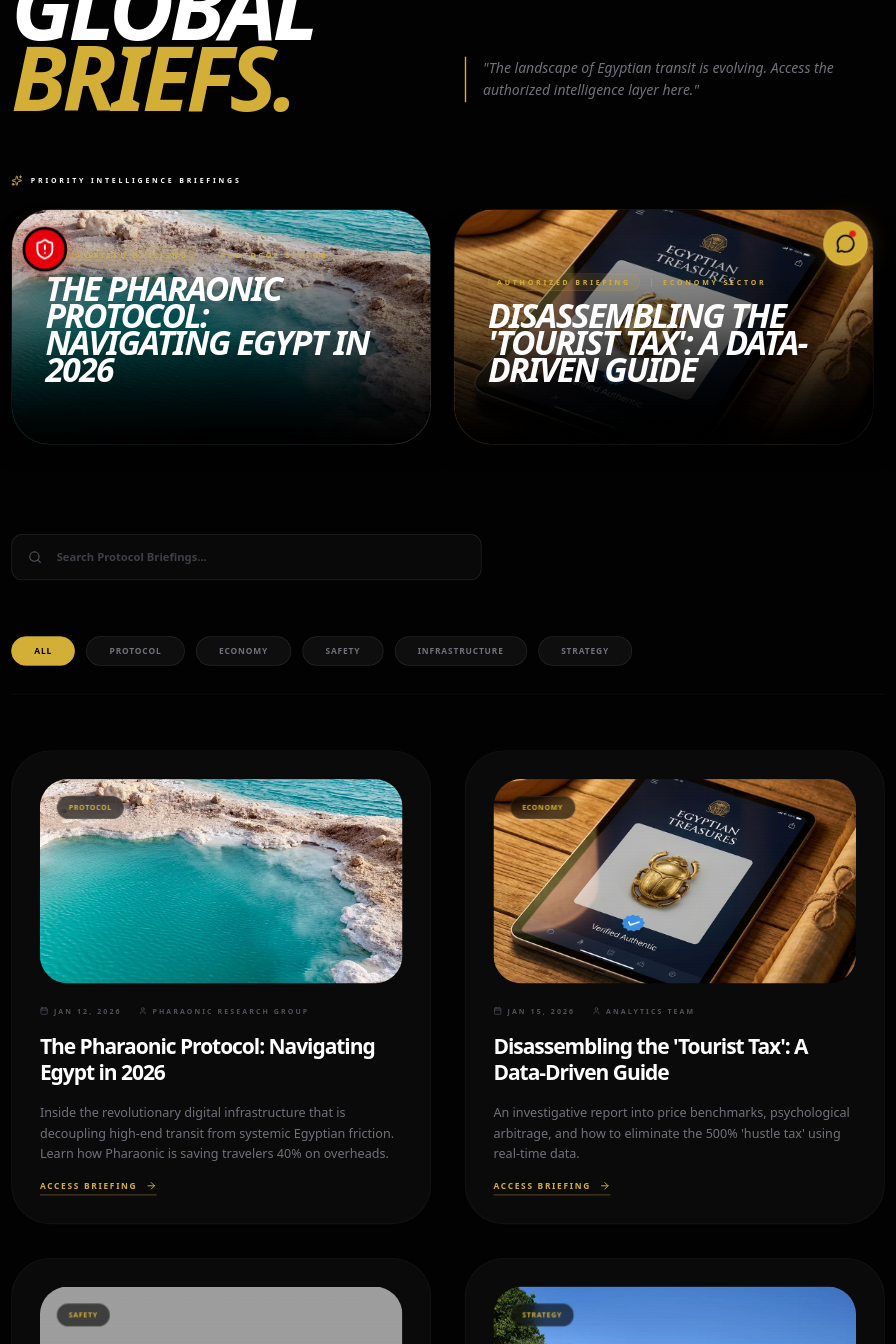
Repository: zyadmoataz/Pharaonic
Page: /blogs
These files come from the project's save history. The page is drawn as it stood at one moment and after the next save; the edit follows.
The browser window is 1280 px wide. The pictures show the part of the page from y = 300 to 2220 px (the page is 6178 px tall before and 6210 px after), at 70% of full size.
Pictures or frames that could not be fetched are drawn as grey boxes. The page's requests for data from a server got no answer. The project was rebuilt for these pictures with package versions that can differ from the ones it lists, and the page was loaded fresh each time. Some packages were replaced by stand-ins written for this rebuild. The framework's server and built-in components were replaced by stand-ins that run in the browser. No one was signed in, and anything a server would have sent is missing. Also part of the build but not shown: next.config.ts, src/data/blog-content.ts.

Above is the page before, as saved 2026-01-28 04:38:32.

After the next save:
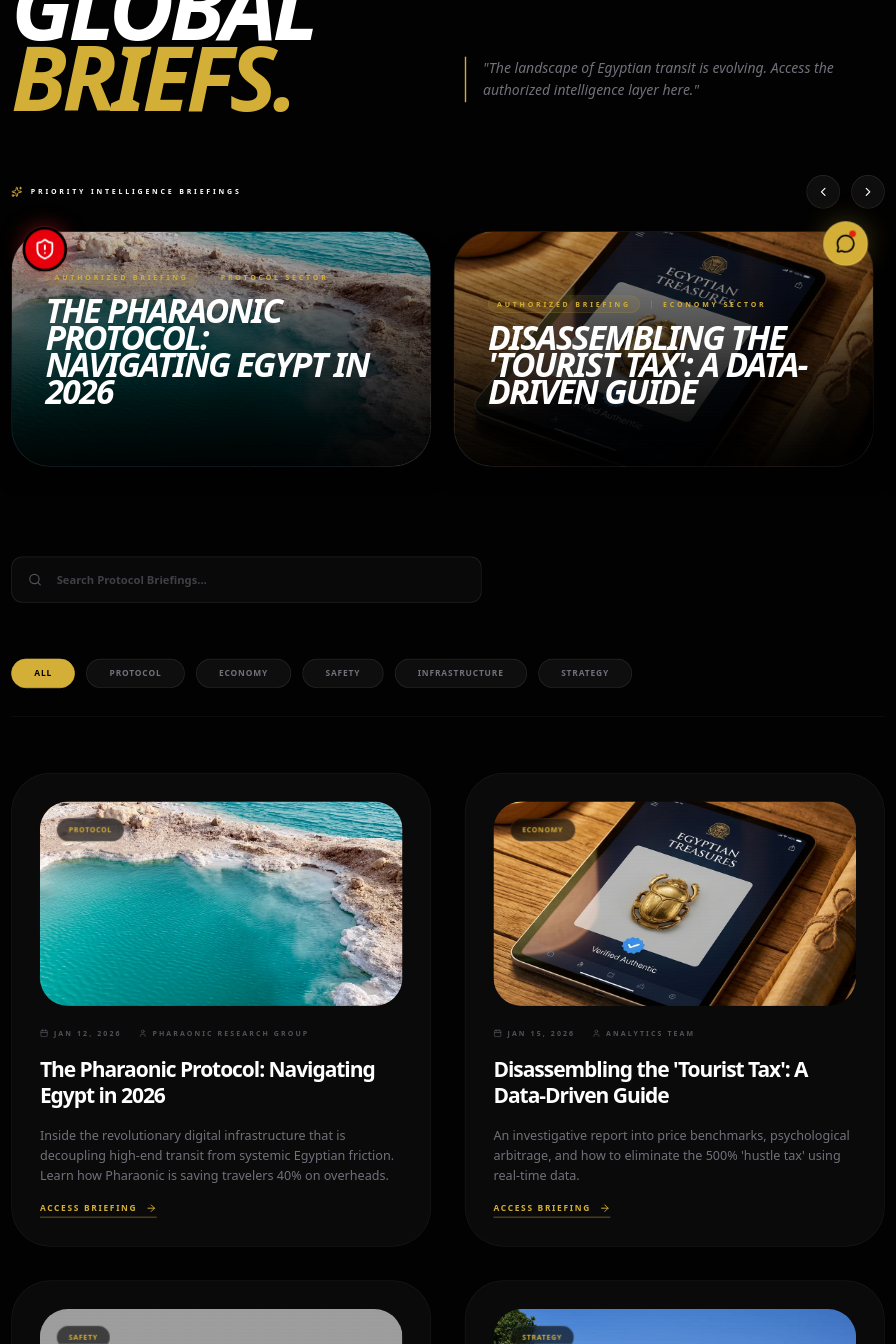
Saved 24 s later.
--- a/src/app/blogs/page.tsx
+++ b/src/app/blogs/page.tsx
@@ -1,9 +1,9 @@
 "use client";
 
-import React, { useState } from "react";
+import { useRef, useState } from "react";
 import Link from "next/link";
 import { motion } from "framer-motion";
-import { Search, Calendar, User, ChevronRight, ArrowRight, BookOpen, Sparkles } from "lucide-react";
+import { Search, Calendar, User, ChevronRight, ArrowRight, BookOpen, Sparkles, ChevronLeft } from "lucide-react";
 import { cn } from "@/lib/utils";
 import { SafeImage } from "@/components/SafeImage";
 import { blog_content } from "@/data/blog-content";
@@ -13,8 +13,17 @@
 const categories = ["All", "Protocol", "Economy", "Safety", "Infrastructure", "Strategy"];
 
 export default function BlogsPage() {
+    const scrollRef = useRef<HTMLDivElement>(null);
     const [selectedCategory, setSelectedCategory] = useState("All");
     const [searchQuery, setSearchQuery] = useState("");
+
+    const scroll = (direction: "left" | "right") => {
+        if (scrollRef.current) {
+            const { scrollLeft, clientWidth } = scrollRef.current;
+            const scrollTo = direction === "left" ? scrollLeft - clientWidth : scrollLeft + clientWidth;
+            scrollRef.current.scrollTo({ left: scrollTo, behavior: "smooth" });
+        }
+    };
 
     const filteredBlogs = blogs.filter(b =>
         (selectedCategory === "All" || b.category === selectedCategory) &&
@@ -49,11 +58,27 @@
                             <h4 className="flex items-center gap-3 text-white font-black uppercase tracking-[0.4em] text-[10px]">
                                 <Sparkles className="w-4 h-4 text-gold" /> Priority Intelligence Briefings
                             </h4>
+
+                            <div className="flex gap-4">
+                                <button
+                                    onClick={() => scroll("left")}
+                                    className="w-12 h-12 rounded-full bg-white/5 border border-white/10 flex items-center justify-center text-white hover:bg-gold hover:text-black transition-all"
+                                >
+                                    <ChevronLeft className="w-5 h-5" />
+                                </button>
+                                <button
+                                    onClick={() => scroll("right")}
+                                    className="w-12 h-12 rounded-full bg-white/5 border border-white/10 flex items-center justify-center text-white hover:bg-gold hover:text-black transition-all"
+                                >
+                                    <ChevronRight className="w-5 h-5" />
+                                </button>
+                            </div>
                         </div>
 
                         <div
                             id="blog-slider"
-                            className="flex gap-8 overflow-x-auto snap-x snap-mandatory scrollbar-hide pb-10 px-4 -mx-4 mask-fade-edges"
+                            ref={scrollRef}
+                            className="flex gap-8 overflow-x-auto snap-x snap-mandatory scrollbar-hide pb-10 px-4 -mx-4 mask-fade-edges scrollbar-hide"
                         >
                             {blogs.slice(0, 3).map((blog, i) => (
                                 <motion.div
@@ -63,7 +88,8 @@
                                 >
                                     <Link href={`/blogs/${blog.slug}`} className="block w-full h-full">
                                         <SafeImage src={blog.image} alt={blog.title} className="w-full h-full object-cover transition-transform group-hover/feat:scale-110 duration-1000" />
-                                        <div className="absolute inset-0 bg-gradient-to-t from-black via-black/20 to-transparent" />
+                                        <div className="absolute inset-0 bg-gradient-to-t from-black via-black/40 to-transparent opacity-80 group-hover/feat:opacity-100 transition-opacity duration-500" />
+                                        <div className="absolute inset-0 bg-black/20 group-hover/feat:bg-black/40 transition-colors duration-500" />
                                         <div className="absolute inset-x-0 bottom-0 p-12 bg-gradient-to-t from-black/80 to-transparent">
                                             <div className="flex items-center gap-4 text-gold text-[10px] font-black uppercase tracking-[0.4em] mb-4">
                                                 <span className="px-3 py-1 rounded-full bg-gold/10 border border-gold/20">Authorized Briefing</span>
